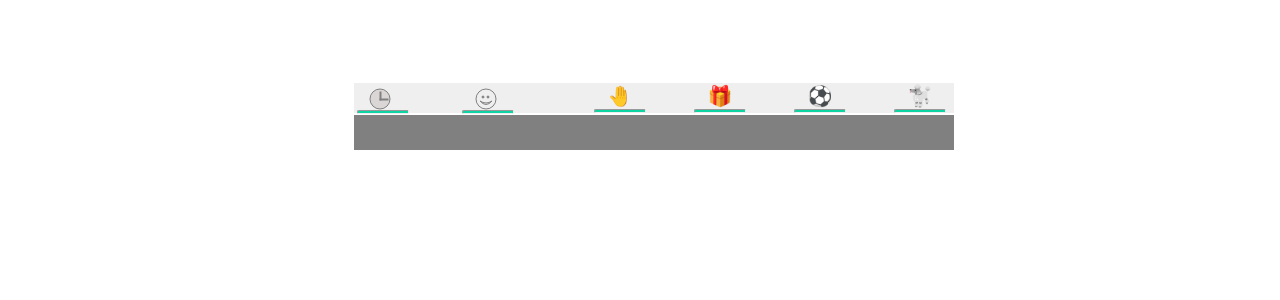
Repository: Gaj123-coder/emoji-search-app
Page: /
An editor plug-in stored every save of this project. The page is shown before and after the next save, followed by the edit.
The browser window is 1280 px wide. The pictures show the whole page.
The project was rebuilt for these pictures with package versions that can differ from the ones it lists, and the page was loaded fresh each time.

Above is the page before, as saved 2021-10-31 11:59:54.

### public/index.html
<!DOCTYPE html>
<html>
    <head>
        <title>Emoji Search</title>
        <meta charset="UTF-8">
        <meta name="author" content="Gajanan C Hegde">
        <meta name="description" content="A simple emoji search app using React JS">
        <meta name="view-port" content="width=device-width,initial-scale=1">
        <meta property="og:title" content="emoji">
        <meta property="og:description" content="An emoji searh app">
        <meta property="og:url" content="http://www.emojis..com">
        <meta property="og:image" content="https://seeklogo.com/images/S/smile-with-glasses-emoji-logo-0C5A7F9874-seeklogo.com.png">
        <meta property="twitter:title" content="Emoji Search">
        <meta property="twitter:image" content="https://seeklogo.com/images/S/smile-with-glasses-emoji-logo-0C5A7F9874-seeklogo.com.png">
        <meta property="twitter:description" content="A simple recat js emloji search app">
        <meta property="twitter:card" content="summary_large_page">
        <meta property="facebook:title" content="Emoji Search">
        <meta property="facebook:image" content="https://seeklogo.com/images/S/smile-with-glasses-emoji-logo-0C5A7F9874-seeklogo.com.png">
        <meta property="facebooks:description" content="A simple react app for emoji search">
        <meta proprty="facebook:url" content="https://www.emojis.com">
        <link rel="canonical" href="index.html"/>
    </head>
    <body>
        <div id="root"></div>
    </body>
</html>

### src/App.js
import React,{ useState } from 'react';
import Res from "./Components/Result/result";
import './App.css';
function App() {
  const [emotion,setEmotion]=useState("smiley1");
  const emotionSelector=(event)=>{
    event.preventDefault();
    const ref_id=event.target.id;
    setEmotion(ref_id);
  }
  return (
    <React.Fragment>
      <form className="dec">
        <button type="submit" id="recent1" className="dec-child" onClick={emotionSelector}>
          <svg>
            <circle cx="20" cy="15" r="10px" stroke="grey" strokeWidth="1px" fill="rgb(218, 214, 214)"/>
            <rect x="20" y="8" width="1px" height="8px" stroke="grey" strokeWidth="1px" fill="rgb(218, 214, 214)"/>
            <rect x="20" y="15" width="8px" height="1px" stroke="grey" strokeWidth="1px" fill="rgb(218, 214, 214)"/>
          </svg>
          <hr className="cir-pos" style={{width:"50px",borderRadius:"200px",height:"2px",backgroundColor:"rgb(14, 211, 162)"}}></hr>
        </button>
        <button type="submit" id="smiley1"  className="dec-child" onClick={emotionSelector}>
          <svg>
            <circle cx="26" cy="15" r="10px" stroke="grey" strokeWidth="1px" fill="none"/>
            <path d="M20 17 Q26 21 32 17" stroke="grey" strokeWidth="1px" fill="none"/>
            <path d="M20 17 Q26 24 32 17" stroke="grey" strokeWidth="1px" fill="none"/>
            <circle cx="23" cy="13" r="1" stroke="grey" strokeWidth="1px" fill="grey"/>
            <circle cx="28" cy="13" r="1" stroke="grey" strokeWidth="1px" fill="grey"/>
          </svg>
          <hr  className="smil-pos" style={{width:"50px",borderRadius:"200px",height:"2px",backgroundColor:"rgb(14, 211, 162)"}}></hr>
        </button>
        <button type="submit" id="hands1" className="dec-child" onClick={emotionSelector}>
          <p style={{fontSize:"20px"}}>&#129306;</p>
          <hr className="rem-pos" style={{width:"50px",borderRadius:"200px",height:"2px",backgroundColor:"rgb(14, 211, 162)"}}/>
        </button>
        <button type="submit" id="gift1" className="dec-child" onClick={emotionSelector}>
          <p style={{fontSize:"20px"}}>&#127873;</p>
          <hr className="rem-pos" style={{width:"50px",borderRadius:"200px",height:"2px",backgroundColor:"rgb(14, 211, 162)"}}/>
        </button>
        <button type="submit" id="sports1" className="dec-child" onClick={emotionSelector}>
          <p style={{fontSize:"20px"}}>&#9917;</p>
          <hr className="rem-pos" style={{width:"50px",borderRadius:"200px",height:"2px",backgroundColor:"rgb(14, 211, 162)"}}/>
        </button>
        <button type="submit" id="animals1" className="dec-child" onClick={emotionSelector}>
          <p style={{fontSize:"20px"}}>&#128041;</p>
          <hr className="rem-pos" style={{width:"50px",borderRadius:"200px",height:"2px",backgroundColor:"rgb(14, 211, 162)"}}/>
        </button>
      </form>
      <Res emotion={emotion}/>
    </React.Fragment>
  );
}

export default App;

### src/Components/Result/result.js
import Em from "./res.module.css";
import {sad1,worry1,angry1,happy1,smiley1,animals1,peace1,love1,joy1,laugh1,gift1,smile1,hands1,sports1,supper1,evil1,shy1,tasty1,confuse1,sleepy1} from "../emotions";
const Res=(props)=>{
    return (
        <div className={Em["emoji"]}>

        </div>
    );

}

export default Res;

### src/App.css
.dec{
  width: 700px;
  height:35px;
  position: relative;
  left:19rem;
  top:5rem;
  display:flex;
  flex-direction:row;
  flex-wrap:nowrap;
  align-items: center;
  justify-content: center;
}

.dec-child>svg{
  width:inherit;
  height:inherit;
}

.dec-child{
  height:30px;
  width:100px;
}

.dec-child>p{
  position: relative;
  left:1rem;
  display: inline;
}

.dec-child>hr{
  width:"50px";
  border-radius:"200px";
  height:"2px";
  background-color:"rgb(14, 211, 162)";
}

.cir-pos{
  position: relative;
  right:1.3rem;
  bottom: 0.8rem;
}

.smil-pos{
  position: relative;
  right:1rem;
  bottom: 0.8rem;
}

.rem-pos{
  position: relative;
  left:1rem;
  bottom:5px;
}

.dec-child,.dec-child:hover,:active{
  border:none;
  margin:none;
}

### src/Components/Result/res.module.css
.emoji{
    width: 600px;
    height:35px;
    position: relative;
    left:22.1rem;
    top:5rem;
    background-color: grey;
}

### src/Components/emotions.js
const sad=["128524","128528",'128530',"128532","128542","128546","128549","128557"]
const worry=["128524","128529","128531","128532","128533","128543","128552","128553"]
const angry=["128520","128544","128545","128548","12855"]
const happy=["128512","128513","128514","128518","128522"]
const love=["128525","128535","128536","128537","128538"]
const joy=["128513","128517","128519","128521","128539","128540","128541"]
const laugh=["128513","128514","128518"]
const smile=["128512","128516"]
const gift=["127873","127891","127894","127874","127879","129395","127882","127876"]
const sports=["127939","127943","127947","","","","","","",""]
const hands=["128075","128588","129309","65039","128591","128077","129305","129304","128076","129306"]
const supper=["128526","128527"]
const peace=["128512","128515","128516","128519"]
const evil=["128520"]
const shy=["128522"]
const tasty=["128523"]
const confuse=["128534","128533","128550"]
const sleepy=["128554"]
const animals=["128053","128018","129421","128054","128021","128041","129418","129409","128047"]
const smiley=["128512","128513","128514","128515","128516","128517","128518","128519","128520","128521","128522","128523","128524","128525",
"128526","128527","128528","128529","128530","128531","128532","128533","128534","128535","128536","128537","128538","128539","128540"]

export const smiley1=smiley;
export const peace1=peace;
export const sad1=sad;
export const happy1=happy;
export const worry1=worry;
export const angry1=angry;
export const love1=love;
export const joy1=joy;
export const laugh1=laugh;
export const gift1=gift;
export const smile1=smile;
export const sports1=sports;
export const hands1=hands;
export const supper1=supper;
export const evil1=evil;
export const shy1=shy;
export const tasty1=tasty;
export const confuse1=confuse;
export const sleepy1=sleepy;
export const animals1=animals;

Loaded but not shown: src/index.js (common file); src/index.css (common file)

After the next save:
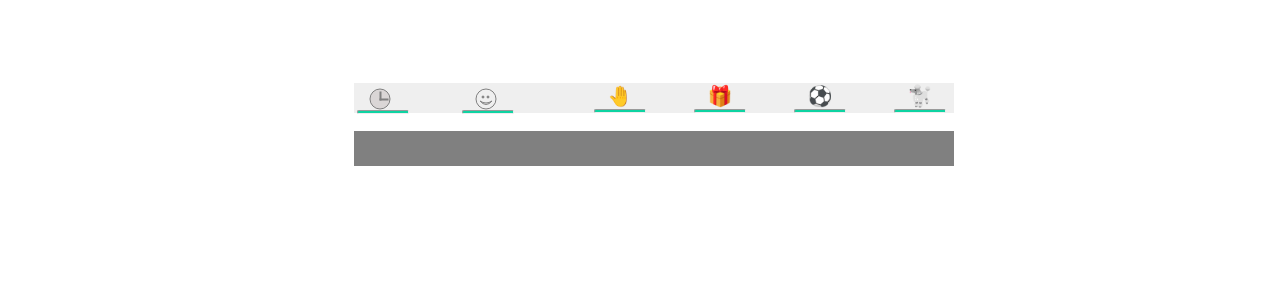
Saved 8 s later.
--- a/src/Components/Result/res.module.css
+++ b/src/Components/Result/res.module.css
@@ -3,6 +3,6 @@
     height:35px;
     position: relative;
     left:22.1rem;
-    top:5rem;
+    top:6rem;
     background-color: grey;
 }
